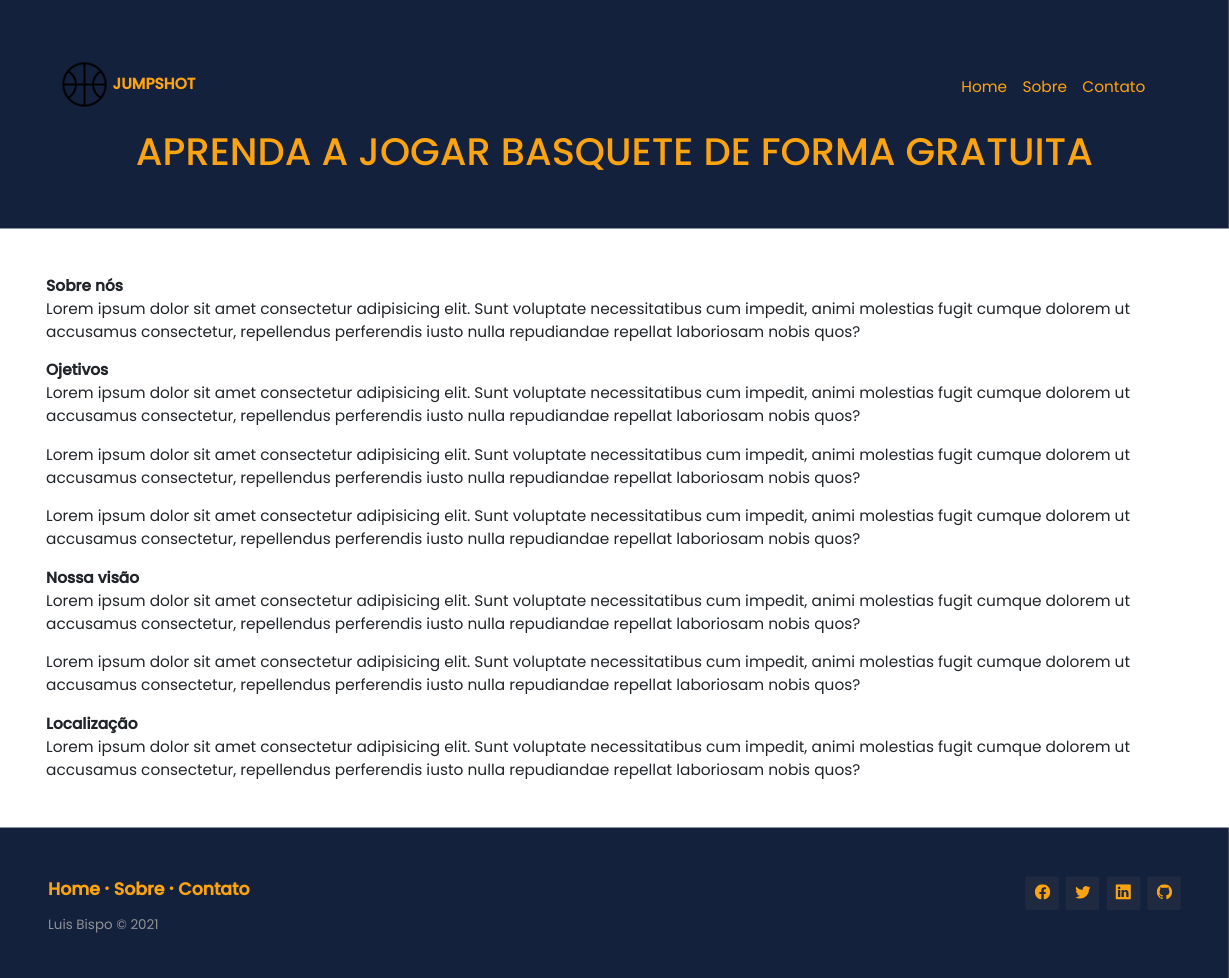
Repository: luisbisp/Jumpshot
Page: pages/about.html
The author's editor kept a copy of each file at every save. The page is drawn from the files as they stood at one save, then again after the next save.
The browser window is 1280 px wide. The pictures show the whole page, at 96% of full size.

Above is the page before, as saved 2021-07-07 20:56:10.

After the next save:
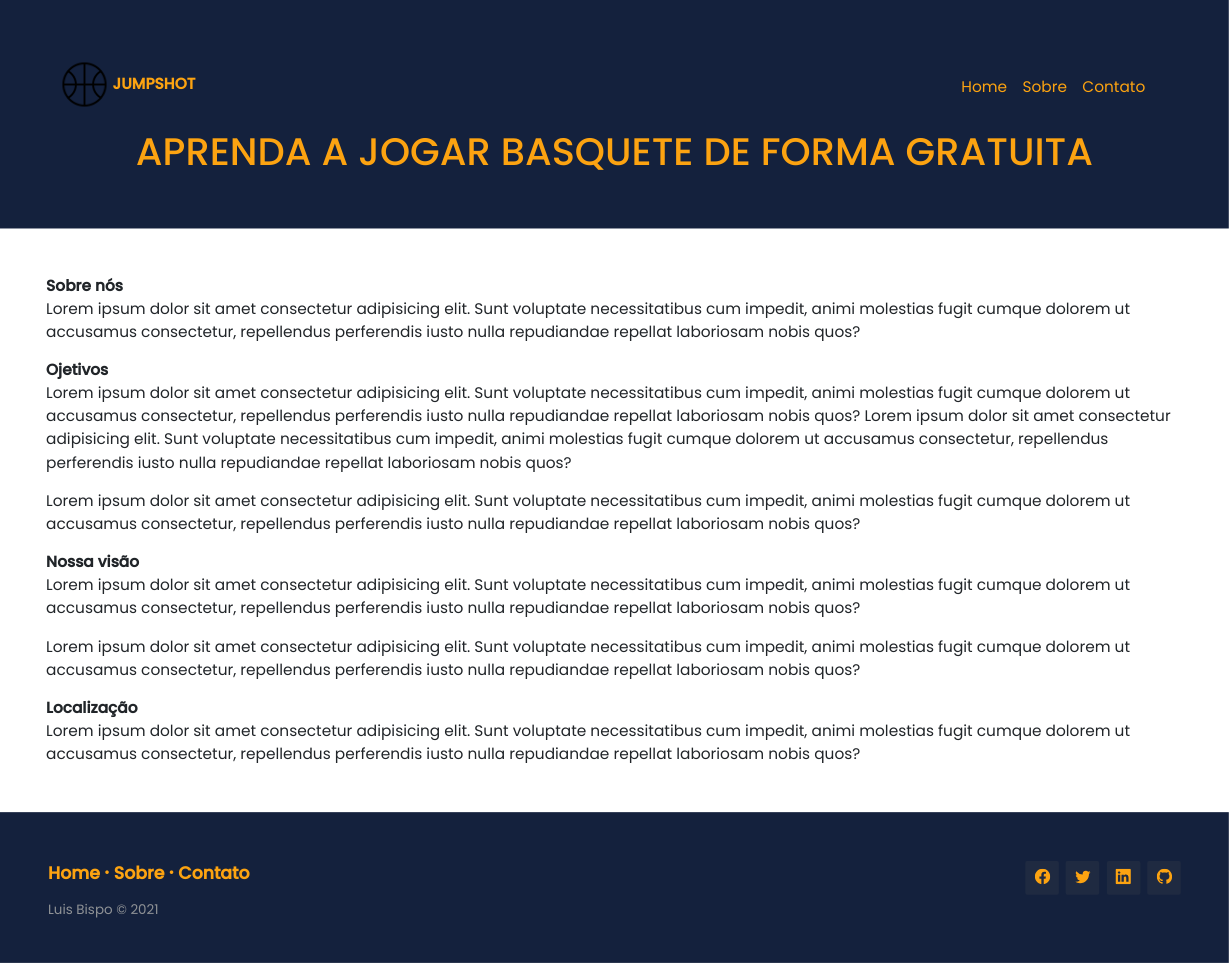
Saved 16 s later.
--- a/pages/about.html
+++ b/pages/about.html
@@ -71,8 +71,7 @@
                 voluptate necessitatibus cum impedit, animi molestias fugit cumque dolorem ut
                 accusamus consectetur, repellendus perferendis iusto nulla repudiandae repellat
                 laboriosam nobis quos?
-            </p>
-            <p> Lorem ipsum dolor sit amet consectetur adipisicing elit. Sunt
+                Lorem ipsum dolor sit amet consectetur adipisicing elit. Sunt
                 voluptate necessitatibus cum impedit, animi molestias fugit cumque dolorem ut
                 accusamus consectetur, repellendus perferendis iusto nulla repudiandae repellat
                 laboriosam nobis quos?
